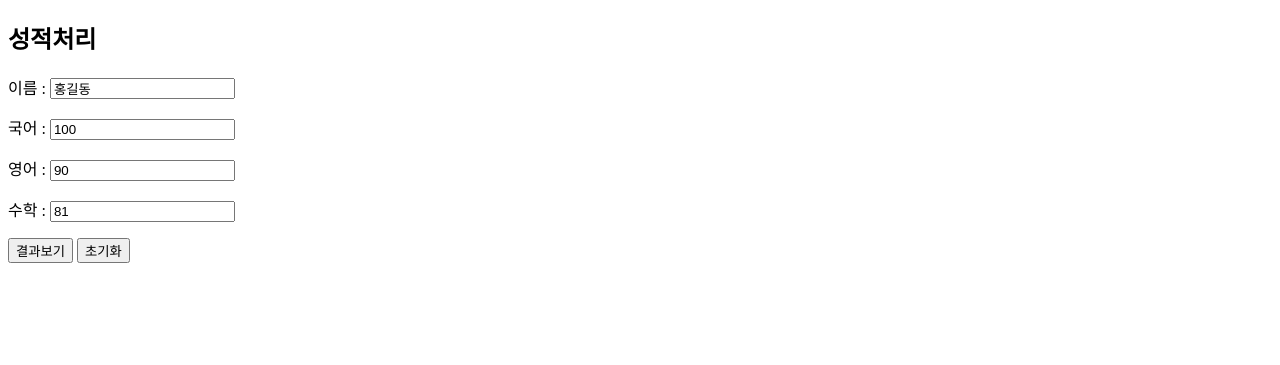
Repository: SeYoung1012/Bitcamp
Page: 60_web/01_Servlet/WebContent/ex05.html
An editor plug-in stored every save of this project. The page is shown before and after the next save, followed by the edit.
The browser window is 1280 px wide. The pictures show the whole page.

Above is the page before, as saved 2021-09-24 06:14:40.

After the next save:
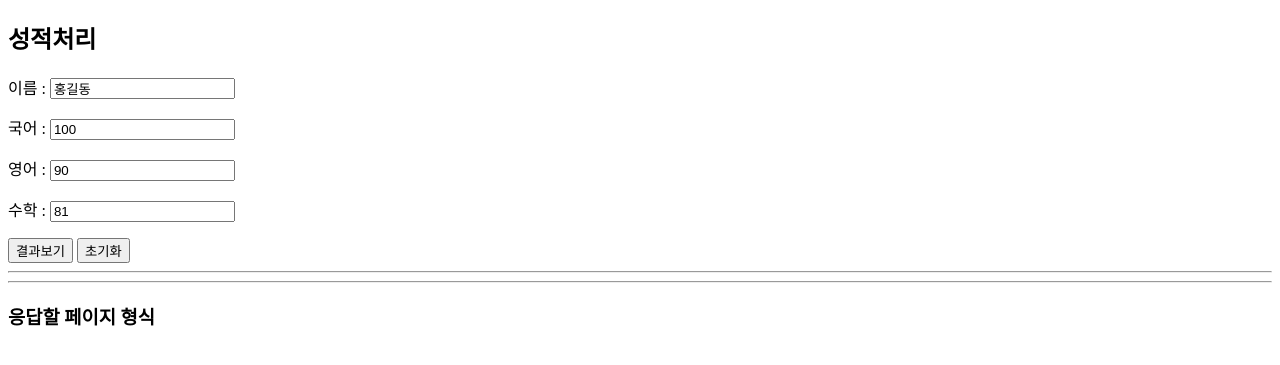
Saved 21 s later.
--- a/60_web/01_Servlet/WebContent/ex05.html
+++ b/60_web/01_Servlet/WebContent/ex05.html
@@ -15,6 +15,8 @@
 		<input type = "reset" value = "초기화">
 
 	</form>
+	<hr><hr>
+	<h3> 응답할 페이지 형식</h3>
 
 </body>
 </html>
